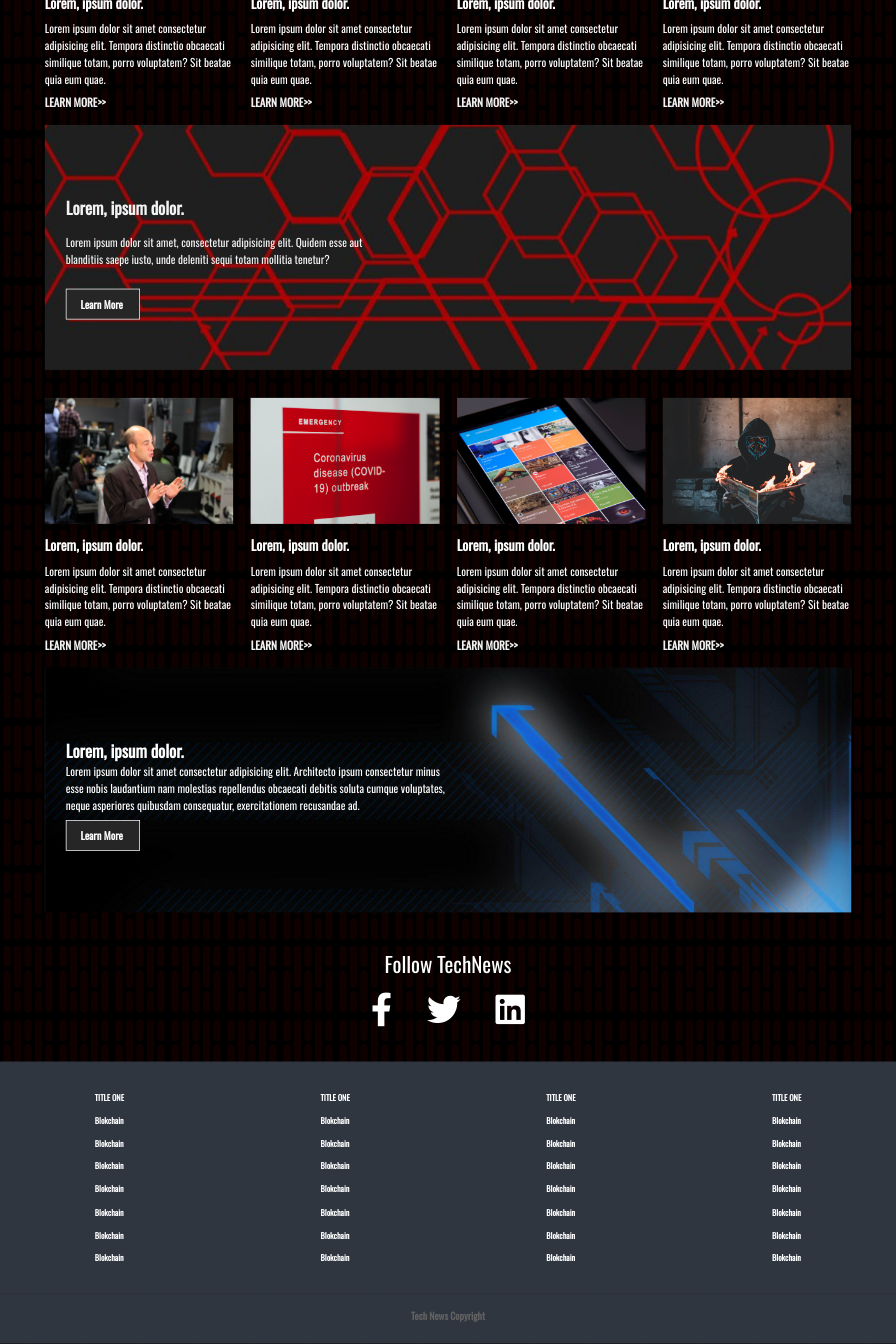
Repository: NickArregoces/News_Web
Page: index.html
These files come from the project's save history. The page is drawn as it stood at one moment and after the next save; the edit follows.
The browser window is 1280 px wide. The pictures show the part of the page from y = 858 to 2778 px (the page is 2778 px tall before and 2542 px after), at 70% of full size.

Above is the page before, as saved 2021-12-24 21:20:18.

### index.html
<!DOCTYPE html>
<html lang="en">
<head>
    <meta charset="UTF-8">
    <meta http-equiv="X-UA-Compatible" content="IE=edge">
    <meta name="viewport" content="width=device-width, initial-scale=1.0">
    <title>TechNews</title>
    <!--FONT AWESOME-->
    <link rel="stylesheet" href="https://cdnjs.cloudflare.com/ajax/libs/font-awesome/6.0.0-beta3/css/all.min.css">

    <link rel="stylesheet" href="style.Css">
    <!--Oswald FONTS-->
    <link rel="preconnect" href="https://fonts.googleapis.com">
<link rel="preconnect" href="https://fonts.gstatic.com" crossorigin>
<link href="https://fonts.googleapis.com/css2?family=Oswald:wght@200;300;400&display=swap" rel="stylesheet">
</head>
<body>


    <div class="menu-btn">
        <i class="fas fa-bars fa-2x" ></i><!---fa-2x doble del tamañp-->

    </div>

    <div class="container">

        <nav class ="nav-main">
            <img src="img/brand.png" alt="" class="nav-brand">

            <ul class="nav-menu show">
                <li>
                    <a href="#">Web Development</a>
                </li>
                <li>
                    <a href="#">blochain</a>
                </li>
                <li>
                    <a href="#">Artificial Intelligence</a>
                </li>
                <li>
                    <a href="#">Machine Learning</a>
                </li>
                <li>
                    <a href="#">Quantum Computing</a>
                </li>
                <li>
                    <a href="#">Startup</a>
                </li>
                <li>
                    <a href="#">More</a>
                </li>
            </ul>
            <ul class="nav-menu-right">
                <li>
                    <a href="">
                        <i class="fas fa-search"></i>
                    </a>
                </li>
            </ul>
        </nav>
        <hr> <!--Crea una linea -->


        <!--Showcase=Imagen pricnipal-->
        <header class="showcase">
            <h2>Big News Today</h2>
            <p>Lorem ipsum dolor sit, amet consectetur adipisicing elit. A laboriosam eaque, praesentium suscipit velit harum cupiditate unde corrupti vitae, asperiores beatae quae. Minima veritatis quas blanditiis et assumenda aperiam voluptatum!</p>
        <!--lorem30 te crea 30 palabras-->
            <a class="btn" href="#">Read More>> <i class="fas fa-angles-double-right"></i></a>
        </header>

        <!--NEWS CARDS(COLUMNAS)-->
        <div class="news-cards">
            <div class="">
                <img src="img/news1.jpg" alt="News 1">
                <h3>Lorem, ipsum dolor.</h3>
                <p>Lorem ipsum dolor sit amet consectetur adipisicing elit. Tempora distinctio obcaecati similique totam, porro voluptatem? Sit beatae quia eum quae.</p>
                <a href="">Learn More>><i class="fas fa-amgle-dpuble-right"></i></a>
            </div>
            <div class="">
                <img src="img/news2.jpg" alt="News 2">
                <h3>Lorem, ipsum dolor.</h3>
                <p>Lorem ipsum dolor sit amet consectetur adipisicing elit. Tempora distinctio obcaecati similique totam, porro voluptatem? Sit beatae quia eum quae.</p>
                <a href="">Learn More>><i class fas fa-amgle-dpuble-right></i></a>
            </div>
            <div class="">
                <img src="img/news3.jpg" alt="News 3">
                <h3>Lorem, ipsum dolor.</h3>
                <p>Lorem ipsum dolor sit amet consectetur adipisicing elit. Tempora distinctio obcaecati similique totam, porro voluptatem? Sit beatae quia eum quae.</p>
                <a href="">Learn More>><i class="fas fa-amgle-dpuble-right" ></i></a>
            </div>
            <div class="">
                <img src="img/news4.jpg" alt="News 4">
                <h3>Lorem, ipsum dolor.</h3>
                <p>Lorem ipsum dolor sit amet consectetur adipisicing elit. Tempora distinctio obcaecati similique totam, porro voluptatem? Sit beatae quia eum quae.</p>
                <a href="">Learn More>><i class="fas fa-amgle-dpuble-right"></i></a>
            </div>
        </div>

        <div>

            <section class="cards-banner-one">
                <div class="content">
                    <h2>Lorem, ipsum dolor.</h2>
                    <p>Lorem ipsum dolor sit amet, consectetur adipisicing elit. Quidem esse aut blanditiis saepe iusto, unde deleniti sequi totam mollitia tenetur?</p>
                    <a href="#" class="btn">Learn More <i class="fas fa-amgle-dpuble-right"></i></a>
                </div>

            </section>

            <!--NEWS CARDS(COLUMNAS)-->
        <div class="news-cards">
            <div class="">
                <img src="img/news1.jpg" alt="News 1">
                <h3>Lorem, ipsum dolor.</h3>
                <p>Lorem ipsum dolor sit amet consectetur adipisicing elit. Tempora distinctio obcaecati similique totam, porro voluptatem? Sit beatae quia eum quae.</p>
                <a href="">Learn More>><i class="fas fa-amgle-dpuble-right"></i></a>
            </div>
            <div class="">
                <img src="img/news2.jpg" alt="News 2">
                <h3>Lorem, ipsum dolor.</h3>
                <p>Lorem ipsum dolor sit amet consectetur adipisicing elit. Tempora distinctio obcaecati similique totam, porro voluptatem? Sit beatae quia eum quae.</p>
                <a href="">Learn More>><i class fas fa-amgle-dpuble-right></i></a>
            </div>
            <div class="">
                <img src="img/news3.jpg" alt="News 3">
                <h3>Lorem, ipsum dolor.</h3>
                <p>Lorem ipsum dolor sit amet consectetur adipisicing elit. Tempora distinctio obcaecati similique totam, porro voluptatem? Sit beatae quia eum quae.</p>
                <a href="">Learn More>><i class="fas fa-amgle-dpuble-right" ></i></a>
            </div>
            <div class="">
                <img src="img/news4.jpg" alt="News 4">
                <h3>Lorem, ipsum dolor.</h3>
                <p>Lorem ipsum dolor sit amet consectetur adipisicing elit. Tempora distinctio obcaecati similique totam, porro voluptatem? Sit beatae quia eum quae.</p>
                <a href="">Learn More>><i class="fas fa-amgle-dpuble-right"></i></a>
            </div>
        </div>

        <section class="cards-banner-two">
            <div class="content">
                <h2>Lorem, ipsum dolor.</h2>
                <p>Lorem ipsum dolor sit amet consectetur adipisicing elit. Architecto ipsum consectetur minus esse nobis laudantium nam molestias repellendus obcaecati debitis soluta cumque voluptates, neque asperiores quibusdam consequatur, exercitationem recusandae ad.</p>
                <a href="#" class="btn">Learn More <i class="fas fa-angles-double-right"></i> </a>
            </div>
        </section>

        <section class="social">

                <p> Follow TechNews</p>
                <div class="links">
                    <a href="#"><!--Se crean lo iconos automaticamente-->
                        <i class="fab fa-facebook-f"></i>
                    </a>
                <a href="#">
                    <i class="fab fa-twitter"></i>
                </a>
                <a href="#">
                    <i class="fab fa-linkedin"></i>
                </a>

                </div>

        </section>

        </div>

    </div>

    <div class="footer-links">
        <div class="footer-container">
            <ul>
                <li>
                    <a href="#">
                        <h3>TITLE ONE</h3>
                    </a>
                </li>
                <li>
                    <a href="#">
                        <h3>Blokchain</h3>
                    </a>
                </li>
                <li>
                    <a href="#">
                        <h3>Blokchain</h3>
                    </a>
                </li>
                <li>
                    <a href="#">
                        <h3>Blokchain</h3>
                    </a>
                </li>
                <li>
                    <a href="#">
                        <h3>Blokchain</h3>
                    </a>
                </li>
                <li>
                    <a href="#">
                        <h3>Blokchain</h3>
                    </a>
                </li>
                <li>
                    <a href="#">
                        <h3>Blokchain</h3>
                    </a>
                </li>
                <li>
                    <a href="#">
                        <h3>Blokchain</h3>
                    </a>
                </li>
            </ul>

            <ul>
                <li>
                    <a href="#">
                        <h3>TITLE ONE</h3>
                    </a>
                </li>
                <li>
                    <a href="#">
                        <h3>Blokchain</h3>
                    </a>
                </li>
                <li>
                    <a href="#">
                        <h3>Blokchain</h3>
                    </a>
                </li>
                <li>
                    <a href="#">
                        <h3>Blokchain</h3>
                    </a>
                </li>
                <li>
                    <a href="#">
                        <h3>Blokchain</h3>
                    </a>
                </li>
                <li>
                    <a href="#">
                        <h3>Blokchain</h3>
                    </a>
                </li>
                <li>
                    <a href="#">
                        <h3>Blokchain</h3>
                    </a>
                </li>
                <li>
                    <a href="#">
                        <h3>Blokchain</h3>
                    </a>
                </li>
            </ul>

            <ul>
                <li>
                    <a href="#">
                        <h3>TITLE ONE</h3>
                    </a>
                </li>
                <li>
                    <a href="#">
                        <h3>Blokchain</h3>
                    </a>
                </li>
                <li>
                    <a href="#">
                        <h3>Blokchain</h3>
                    </a>
                </li>
                <li>
                    <a href="#">
                        <h3>Blokchain</h3>
                    </a>
                </li>
                <li>
                    <a href="#">
                        <h3>Blokchain</h3>
                    </a>
                </li>
                <li>
                    <a href="#">
                        <h3>Blokchain</h3>
                    </a>
                </li>
                <li>
                    <a href="#">
                        <h3>Blokchain</h3>
                    </a>
                </li>
                <li>
                    <a href="#">
                        <h3>Blokchain</h3>
                    </a>
                </li>
            </ul>

            <ul>
                <li>
                    <a href="#">
                        <h3>TITLE ONE</h3>
                    </a>
                </li>
                <li>
                    <a href="#">
                        <h3>Blokchain</h3>
                    </a>
                </li>
                <li>
                    <a href="#">
                        <h3>Blokchain</h3>
                    </a>
                </li>
                <li>
                    <a href="#">
                        <h3>Blokchain</h3>
                    </a>
                </li>
                <li>
                    <a href="#">
                        <h3>Blokchain</h3>
                    </a>
                </li>
                <li>
                    <a href="#">
                        <h3>Blokchain</h3>
                    </a>
                </li>
                <li>
                    <a href="#">
                        <h3>Blokchain</h3>
                    </a>
                </li>
                <li>
                    <a href="#">
                        <h3>Blokchain</h3>
                    </a>
                </li>
            </ul>
        </div>
    </div>

    <footer class="footer">
        <h3>Tech News Copyright</h3>
    </footer>

    <script src="./main.js" ></script>
</body>
</html>

### style.Css
*{
    box-sizing: border-box;
    margin: 0;
    padding: 0;
}

body{
    background:#000000;
    color:#ffff;
    background-color: #000000;
    background-image: url("data:[embedded picture, 663 characters]");
    font-size: 16px;
    font-family: 'Oswald', sans-serif;
}

a{
    color: #ffff;
    text-decoration: none;
}

ul{
    list-style: none;
}
.container{
    width: 90%;/*responsive*/
    margin: auto;
    color: #ffff;/*MIO*/
}
/*Navigation*/
.nav-main{
    font-size: 17px;
    display: flex;/*Elememnto al lado de otro*/
    justify-content: space-between;
    align-items: center;
    height: 60px;
    padding: 20px 0px;
}
.nav-brand{
    width: 50px;
}

/*Nav Left*/
.nav-main ul{
    display:flex;
}

.nav-main ul li{
    padding: 10px;
}

.nav-main ul li a{
    padding: 6px;
}

.nav-main ul li a:hover {
    border-bottom: 2px solid #ffffff;
}
.nav-main ul.nav-menu{
    flex:1;
    margin-left: 20px;
}

.menu-btn {
    position: absolute;
    cursor: pointer;
    top: 15px;
    right: 30px;
    z-index: 2;
}

/*Showcase*/
hr{
    margin:10px 0px;
}
.showcase{
    width: 100%;
    height: 550px;
    /*Arreglar img */
    background: url(/img/showcase2.jpg) no-repeat center center/cover;
    padding: 50px;
    margin-bottom: 20px;/*Margen interna*/
    display:flex;
    flex-direction: column;
    align-items: center;/*centrar P*/
    justify-content: flex-end; /*p al final*/
}

.btn{
    cursor: pointer;
    display: inline-block;
    border: 0;
    font-weight: bold;
    padding: 10px 20px;
    background: #262626;
    color:#ffffff;
    font-size: 15px;
    border: 1px solid #ffff;
    margin:10px 0px;
}

.btn:hover{
    opacity: 0.7;
}

.showcase h2,
.showcase p{
    margin-bottom: 10px;
}

/*News CARS*/
.news-cards{
    display: grid;
    grid-template-columns: 1fr 1fr 1fr 1fr;/*4 columnas*/
    gap: 25px;/*espaciado card*/
    margin: 10px 0;
}

.news-cards img{
    width:100%;
    height:  180px;
}

.news-cards h3{
    font-size: 20px;
    margin:  10px 0;

}

.news-cards a{
    padding: 10px 0;
    color: #f2f2f2;
    text-transform: uppercase;
    display: inline-block;
    font-weight: bold;
}

.news-cards a:hover{
    text-decoration: underline; /*Line debajo*/
}

/*Cards-banner-one*/

.cards-banner-one {
    width: 100%;
    height: 350px;
    background: url(./img/tech-red.jpg) no-repeat center/cover;;
    margin-bottom: 40px;
}
.cards-banner-one .content{
    width: 40%;
    padding: 90px 0 0 30px;
    color: #f2f2f2;
}

.cards-banner-one p,
.cards-banner-one h2{
    margin: 10px 0 20px 0;
}

/*CARDS BANNER TWO*/

.cards-banner-two{
    background: url(./img/image-five.jpg) no-repeat center/cover;
    width: 100%;
    height: 350px;
}

.cards-banner-two .content{
    width: 50%;
    padding: 100px 0 0 30px;
}

/*Social*/
.social{
    margin: 50px;
}

.social p{
    text-align: center;
    font-size: 30px;
    margin-bottom: 20px;
}

.links{
    display: flex;
    align-items: center;
    justify-content: center;
}

.links a{
    margin: 0 25px;
}
.links a i{
    font-size: 3rem;
}

/*Footer-Links*/

.footer-links{
    background: #2f3640;
    color: #616161;
    font-size: 10px;
    padding: 35px 0;
}

.footer-container {
    display: grid;/*activa grid*/
    grid-template-columns: repeat(4, 1fr);
    gap: 10px;
    align-items: flex-start;
    justify-content: center;
}

.footer-container ul{
    margin:0 auto; /*Automaticamente margen separadas*/
}
.footer-container ul li{
    line-height: 2.8;
}

.footer{
    background: #2f3640;
    color: #616161;
    font-size: 12px;
    padding:20px 0;
    text-align: center;
    padding-bottom: 30px;
}

/*!RESPONSIVE*/
@media (max-width: 700px) {

    .nav-main ul.nav-menu{
        display: block; /*Los elementos de bajan en linea*/
        position: absolute;
        top: 0;
        left: 0;/*Para que quede al borde*/
        background: #2f3640;
        height: 100%;
        padding: 30px;
        opacity: .9;
        transform: translateX(-400px);/*se muestre el boton*/
        transition: transform .5s ease-in-out ;
    }

    .nav-main ul.nav-menu.show{
        transform: translateX(-20px);
    }

    .nav-main ul.nav-menu li{
        padding: 20px;
        /*border-bottom: #ccc solid 1px  para borde abajo*/
        font-size: 14px;
    }

    .nav-main ul.nav-menu-right{
        margin-right: 40px;
    }
    .news-cards {
        grid-template-columns: repeat(2, 1fr);
    }

    .cards-banner-one .content,
    .cards-banner-two .content{
        width: 80%;
    }

    .footer-links .footer-container{
        grid-template-columns: repeat(2, 1fr);
    }
}

@media (max-width: 500px) {
    .news-cards {
        grid-template-columns: 1fr;/* 1 columna*/
    }

    .news-cards img{
        height:  270px;
    }

    .cards-banner-two .content,
    .cards-banner-one .content{
        width: 100%;
        padding: 60px 20px;
    }

    .footer-links .footer-container{
        grid-template-columns: 1fr;
    }
}

### main.js
// boton
document.querySelector('.menu-btn').addEventListener('click', () => {// seleccionar un documento clase btn
    document.querySelector('.nav-menu').classList.toggle('show'); // claslist añadir o quitar la clase show
});

After the next save:
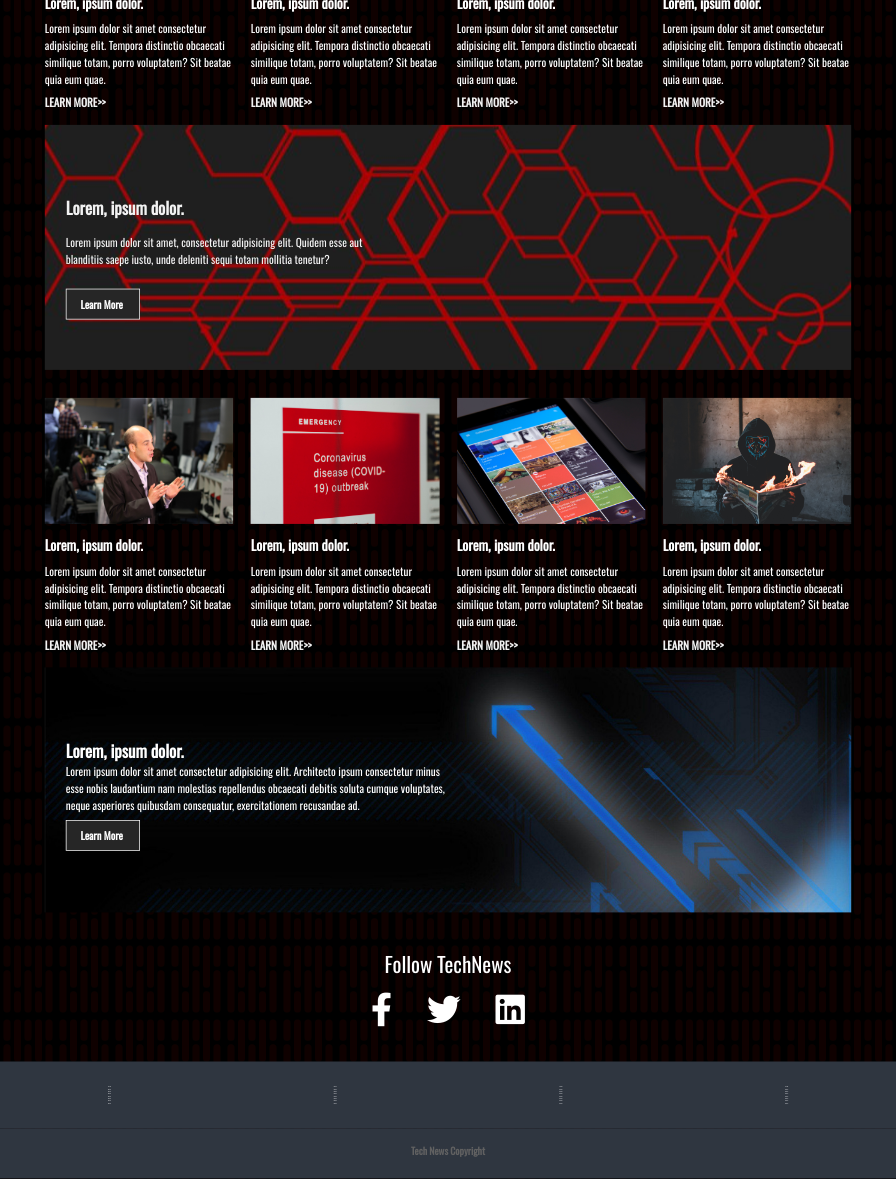
Saved 6 s later.
--- a/style.Css
+++ b/style.Css
@@ -199,7 +199,7 @@ hr{
 .footer-links{
     background: #2f3640;
     color: #616161;
-    font-size: 10px;
+    font-size: 1px;
     padding: 35px 0;
 }
 
